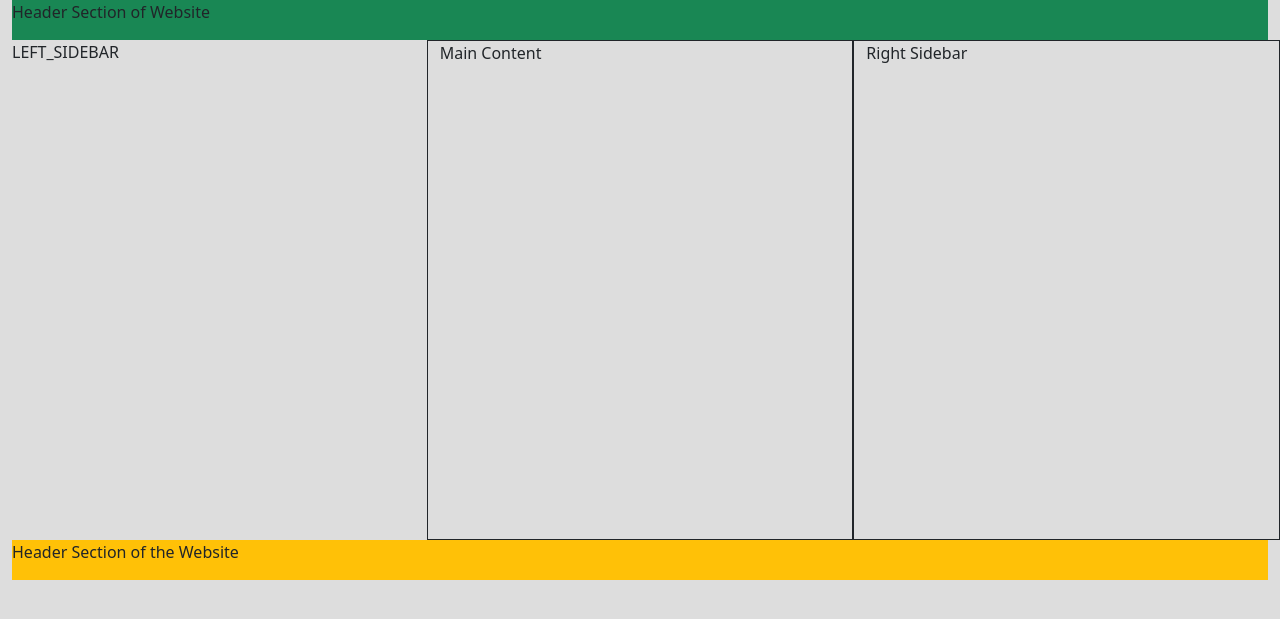
Repository: Dayvid0/BOOTSTRAP-TUTORIALS
Page: BOOTSTRAP-GRID-LAYOUTS/index.html
These files come from the project's save history. The page is drawn as it stood at one moment and after the next save; the edit follows.
The browser window is 1280 px wide. The pictures show the whole page.

Above is the page before, as saved 2025-01-24 10:51:03.

After the next save:
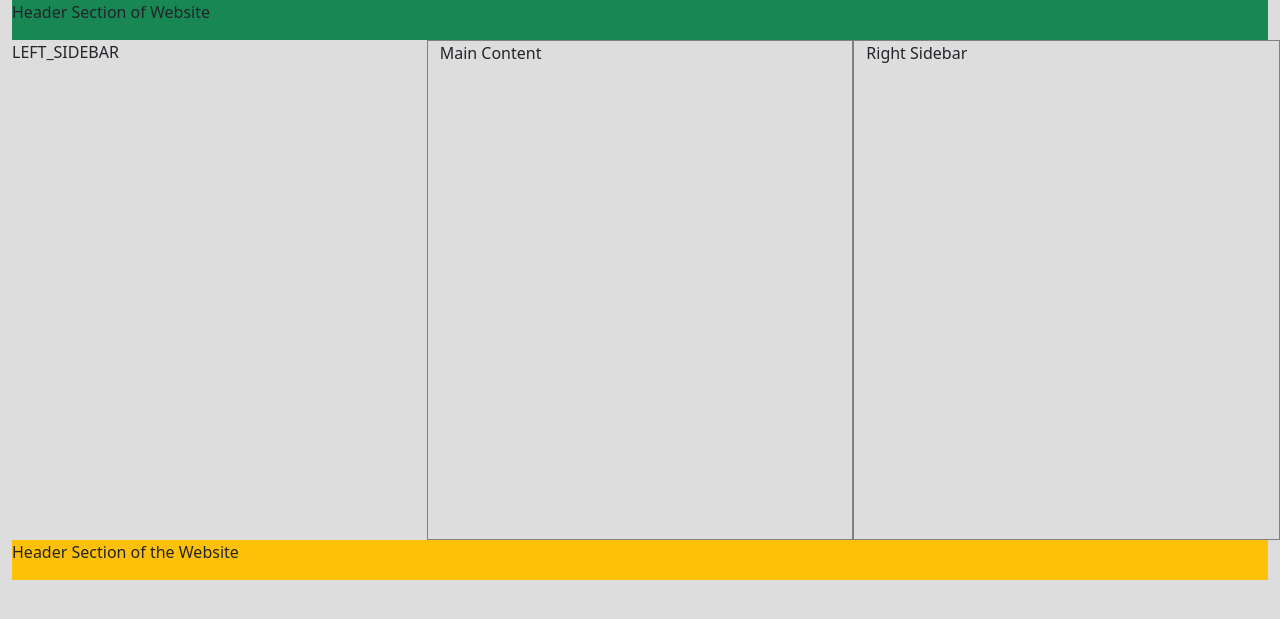
Saved 16 s later.
--- a/BOOTSTRAP-GRID-LAYOUTS/style.css
+++ b/BOOTSTRAP-GRID-LAYOUTS/style.css
@@ -12,5 +12,5 @@ body {
 }
 .main-content {
   min-height: 500px;
-  border: 1px solid;
+  border: 1px solid grey;
 }
